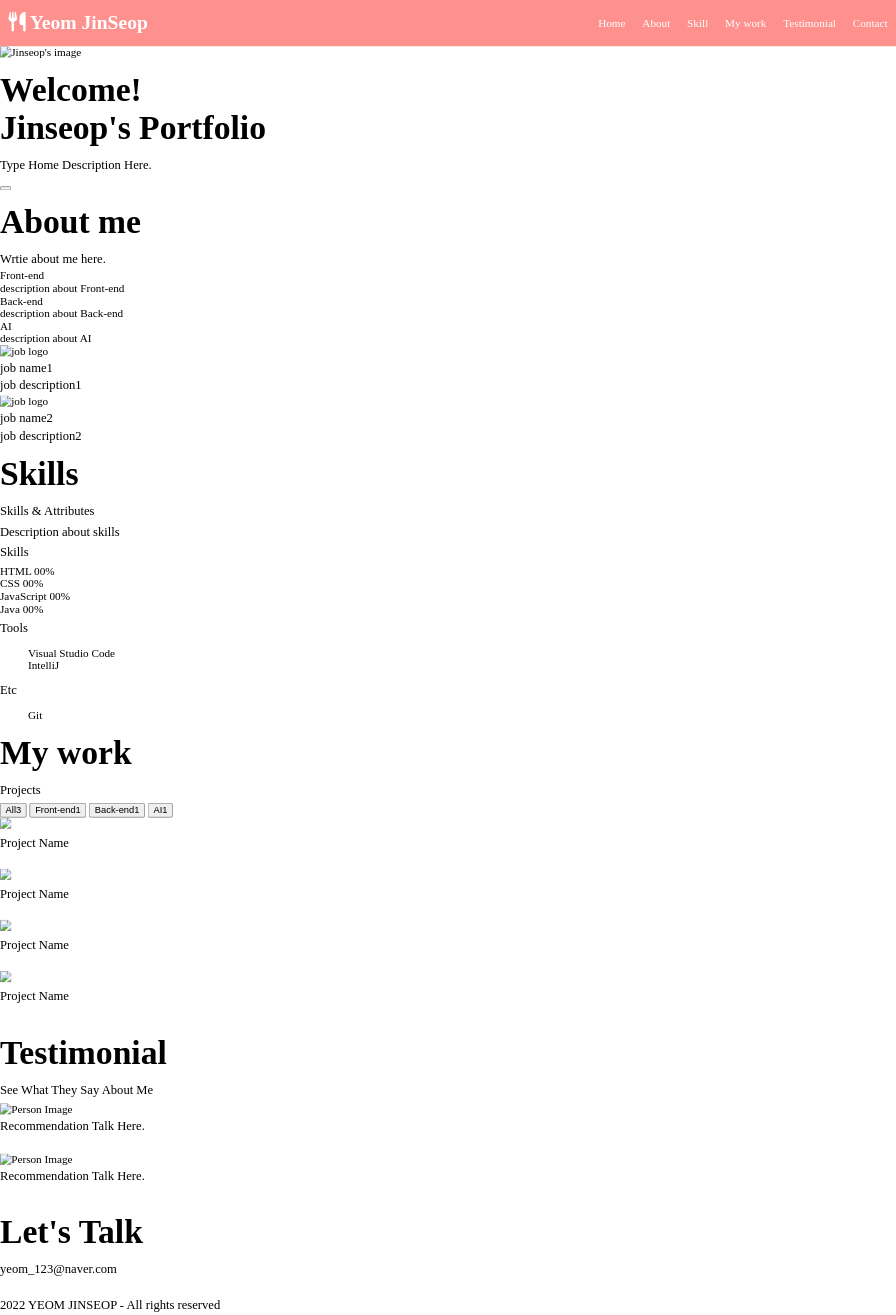
Repository: YEOMJINSEOP/yeomjinseop.github.io
Page: index.html
The author's editor kept a copy of each file at every save. The page is drawn from the files as they stood at one save, then again after the next save.
The browser window is 1280 px wide. The pictures show the whole page, at 70% of full size.
Some web libraries are served in a nearby version.

Above is the page before, as saved 2022-08-14 10:37:16.

### index.html
<!DOCTYPE html>
<html lang="en">
<head>
  <meta charset="UTF-8">
  <meta http-equiv="X-UA-Compatible" content="IE=edge">
  <meta name="viewport" content="width=device-width, initial-scale=1.0">
  <title>Jinseop's Portfolio</title>
  <meta name="author" content="Jinseop Yeom">
  <meta name="description" content="Portfolio Website For Jinseop Yeom">

  <!--Logo Image-->
  <link rel="icon" type="image/png" href="images/favicon.png">


  <!--Font Awesome-->
  <script src="https://kit.fontawesome.com/d24b25bb21.js" crossorigin="anonymous"></script>

  <!--Google Fonts-->
  <link rel="preconnect" href="https://fonts.googleapis.com">
  <link rel="preconnect" href="https://fonts.gstatic.com" crossorigin>
  <link href="https://fonts.googleapis.com/css2?family=Open+Sans:wght@400;600;700&display=swap" rel="stylesheet">

  <!--CSS-->
  <link rel="stylesheet" href="style.css">

  <!--JavaScript-->
  <script src="main.js" defer></script>

</head>
<body>
  <!--Navbar-->
  <nav id="navbar">
    <div class="navbar__logo">
      <i class="fa-solid fa-utensils"></i>
      <a href="#">Yeom JinSeop</a>
    </div>
    <div>
      <ul class="navbar__menu">
        <li class="navbar__menu__item active">Home</li>
        <li class="navbar__menu__item">About</li>
        <li class="navbar__menu__item">Skill</li>
        <li class="navbar__menu__item">My work</li>
        <li class="navbar__menu__item">Testimonial</li>
        <li class="navbar__menu__item">Contact</li>
      </ul>
    </div>
  </nav>

  <!-- Home -->
  <section id="home">
    <img src="" alt="Jinseop's image" class="home__avatar">
    <h1 class="home__title">Welcome! <br/> Jinseop's Portfolio</h1>
    <h3 class="home__description">Type Home Description Here.</h3>
    <button class="home__button"></button>
  </section>

  <!--About-->
  <section id="about">
    <h1>About me</h1>
    <p>Wrtie about me here.</p>
    <div class="about__majors">
      <div class="major">
        <div class="major__icon">

        </div>
        <div class="major__title">
          Front-end
        </div>
        <div class="major__description">
          description about Front-end
        </div>
      </div>
    </div>
    <div class="about__majors">
      <div class="major">
        <div class="major__icon">

        </div>
        <div class="major__title">
          Back-end
        </div>
        <div class="major__description">
          description about Back-end
        </div>
      </div>
    </div>
    <div class="about__majors">
      <div class="major">
        <div class="major__icon">

        </div>
        <div class="major__title">
          AI
        </div>
        <div class="major__description">
          description about AI
        </div>
      </div>
    </div>
    <div class="about__jobs">
      <div class="job">
        <img src="" alt="job logo" class="job__logo">
        <p class="job__name">job name1</p>
        <p class="job__description">job description1</p>
      </div>
      <div class="job">
        <img src="" alt="job logo" class="job__logo">
        <p class="job__name">job name2</p>
        <p class="job__description">job description2</p>
      </div>
    </div>
  </section>

  <!--Skills-->
  <section id="skills">
    <h1>Skills</h1>
    <h3>Skills & Attributes</h3>
    <p>Description about skills</p>
    <div class="skillset">
      <div class="skillset__left">
        <h3 class="skillset__title">Skills</h3>
        <div class="skill">
          <div class="skill_description">
            <span>HTML</span>
            <span>00%</span>
          </div>

          <div class="skill__bar">
            <div class="skill__value"></div>
          </div>
        </div>

        <div class="skill">
          <div class="skill_description">
            <span>CSS</span>
            <span>00%</span>
          </div>

          <div class="skill__bar">
            <div class="skill__value"></div>
          </div>

          <div class="skill">
            <div class="skill_description">
              <span>JavaScript</span>
              <span>00%</span>
            </div>

            <div class="skill__bar">
              <div class="skill__value"></div>
            </div>
          </div>
        </div>

        <div class="skill">
          <div class="skill_description">
            <span>Java</span>
            <span>00%</span>
          </div>

          <div class="skill__bar">
            <div class="skill__value"></div>
          </div>
        </div>
      </div>
      <div class="skillset_right">
        <div class="tools">
          <h3 class="skillset__title">Tools</h3>
          <ul class="tools_list">
            <li><span>Visual Studio Code</span></li>
            <li><span>IntelliJ</span></li>
          </ul>
        </div>

        <div class="etc">
          <h3 class="skillset__title">Etc</h3>
          <ul class="etc__list">
            <li><span>Git</span></li>
          </ul>
        </div>

      </div>
    </div>
  </section>

  <!--Work-->
  <section id="work">
    <h1>My work</h1>
    <h3>Projects</h3>
    <div class="work__categories">
      <button class="category__btn">All<span class="category__count">3</span></button>
      <button class="category__btn">Front-end<span class="category__count">1</span></button>
      <button class="category__btn">Back-end<span class="category__count">1</span></button>
      <button class="category__btn">AI<span class="category__count">1</span></button>
    </div>

    <div class="work__projects">
      <a href="#" class="project" target="blank">
        <img src="" alt="project image" class="project__image">
        <div class="project__description">
          <h3>Project Name</h3>
          <span>Description about Project</span>
        </div>
      </a>

      <a href="#" class="project" target="blank">
        <img src="" alt="project image" class="project__image">
        <div class="project__description">
          <h3>Project Name</h3>
          <span>Description about Project</span>
        </div>
      </a>

      <a href="#" class="project" target="blank">
        <img src="" alt="project image" class="project__image">
        <div class="project__description">
          <h3>Project Name</h3>
          <span>Description about Project</span>
        </div>
      </a>

      <a href="#" class="project" target="blank">
        <img src="" alt="project image" class="project__image">
        <div class="project__description">
          <h3>Project Name</h3>
          <span>Description about Project</span>
        </div>
      </a>
    </div>
  </section>

  <!--Testimonial-->
  <section id="testimonial">
    <h1>Testimonial</h1>
    <h3>See What They Say About Me</h3>
    <div class="testimonials">
      <div class="testimonial">
        <img src="" alt="Person Image" class="testimonial__avatar">
        <div class="testimonial__speech_bubble">
          <p>Recommendation Talk Here.</p>
          <p class="name"><a href="#">Professor A</a></p>
        </div>
      </div>

      <div class="testimonial">
        <img src="" alt="Person Image" class="testimonial__avatar">
        <div class="testimonial__speech_bubble">
          <p>Recommendation Talk Here.</p>
          <p class="name"><a href="#">Professor A</a></p>
        </div>
      </div>
    </div>
  </section>

  <!--Contact-->
  <section id="contact">
    <h1>Let's Talk</h1>
    <h3>yeom_123@naver.com</h3>
    <div class="contact_links">
      <a href="#" target="blank">
        <i class = "fab fa-github"></i>
      </a>

      <a href="#" target="blank">
        <i class = "fa fa-linkedin-square"></i>
      </a>
    </div>
    <p class="contact_rights">
      2022 YEOM JINSEOP - All rights reserved
    </p>
  </section>
</body>
</html>

### style.css
 /* Global */

 :root{
  /* Color */
  --color-white: #ffffff;
  --color-light-white: #eeeeee;
  --color-dark-whtie: #bdbdbd;
  --color-pink: #fe918d;
  --color-dark-pink: #ff6863;
  --color-black: #4d4d4d;
  --color-grey: #616161;
  --color-light-gray: #7c7979;
  --color-blue: #73aace;
  --color-yellow: #fff7d1;
  --color-orange: #feb546;
  --color-black: #000000;

  /* Font size */
  --font-large: 48px;
  --font-medium: 28px;
  --font-regular: 18px;
  --font-small: 16px;
  --font-micro: 14px;


  /* Font Weight */
  --weight-bold: 700;
  --weight-semi-bold: 600;
  --weight-regular: 400;

  /* Size */
  --size-border-radius: 4px;

 }

 /* Universal tages */
 * {
  box-sizing: border-box;
 }

 body{
  margin: 0;
 }

 a{
  text-decoration: none;
  color: var(--color-white);
 }

 ul{
  list-style: none;
 }



 /* Typography */

 h1{
  font-size: var(--font-large);
  font-weight: var(--weight-bold);
  color: var(--color-black);
  margin: 16px 0;
 }

 h2{
  font-size: var(--font-medium);
  font-weight: var(--weight-semi-bold);
  color: var(--color-black);
  margin: 8px 0;
 }

 h3{
  font-size: var(--font-regular);
  font-weight: var(--weight-regular);
  color: var(--color-black);
  margin: 8px 0;
 }

 p{
  font-size: var(--font-regular);
  font-weight:  var(--font-regular);
  color: var(--color-black);
  margin: 4px 0;
 }

 /* Body  */
 /* Nav */

 #navbar{
  display: flex;
  justify-content: space-between;
  align-items: center;
  background-color: var(--color-pink);
  color: var(--color-white);
 }

 .navbar__logo{
  font-size: var(--font-medium);
  font-weight: var(--weight-semi-bold);
  padding: 8px 12px;
 }

 .navbar__menu{
  display: flex;
  font-size: var(--font-small);
  font-weight: var(--weight-regular);
 }

 .navbar__menu__item{
  padding: 8px 12px;
  cursor: default;
 }

 .navbar__menu__item .active{
  border: 1px solid white;
  border-radius: var(--size-border-radius);
 }

Loaded but not shown: main.js (no copy from this time; the picture is the same without it)

After the next save:
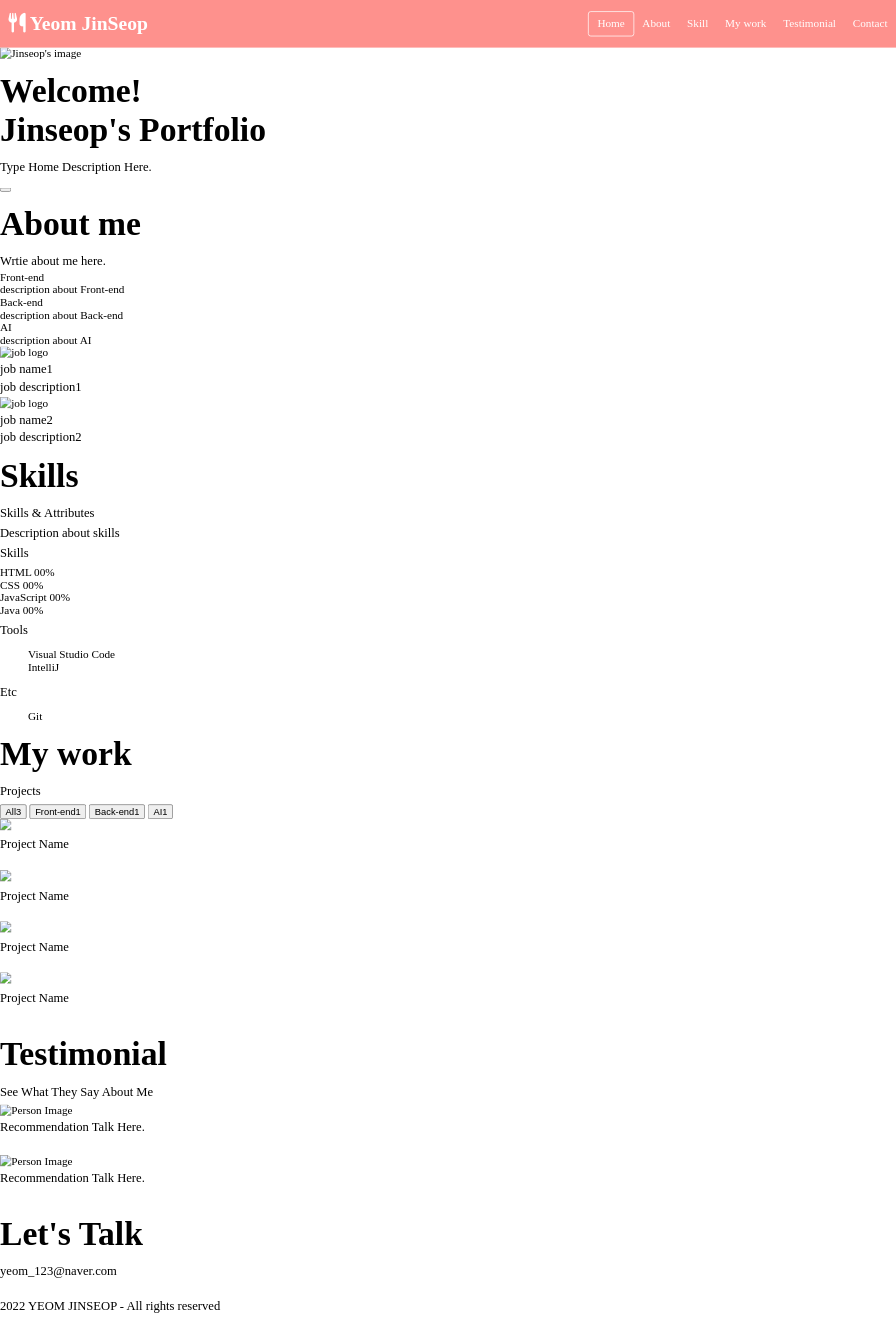
Saved 16 s later.
--- a/style.css
+++ b/style.css
@@ -111,7 +111,7 @@
   cursor: default;
  }
 
- .navbar__menu__item .active{
+ .navbar__menu .active{
   border: 1px solid white;
   border-radius: var(--size-border-radius);
  }

After the save that followed:
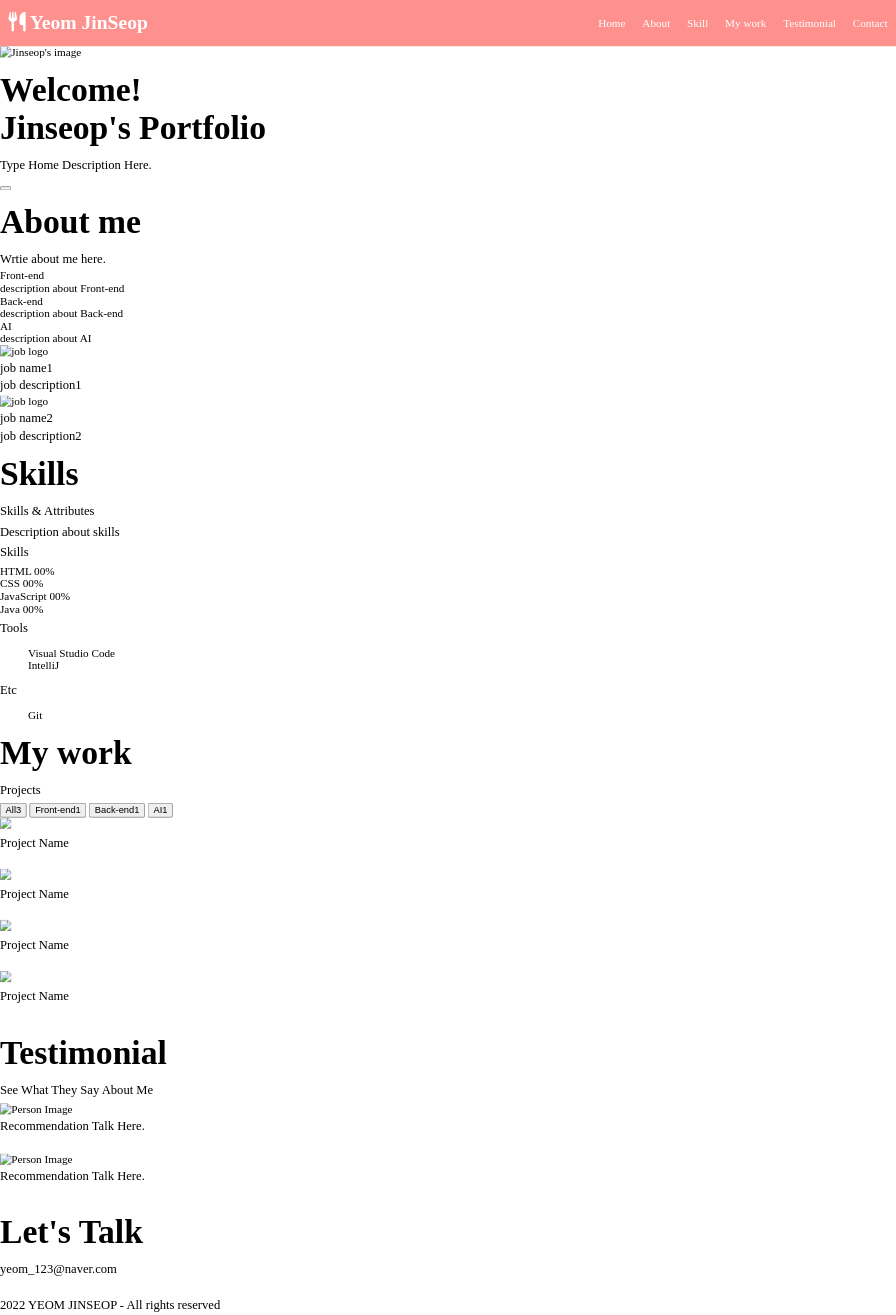
Saved 11 s later.
--- a/style.css
+++ b/style.css
@@ -111,7 +111,7 @@
   cursor: default;
  }
 
- .navbar__menu .active{
+ .navbar__menu__item .active{
   border: 1px solid white;
   border-radius: var(--size-border-radius);
  }
